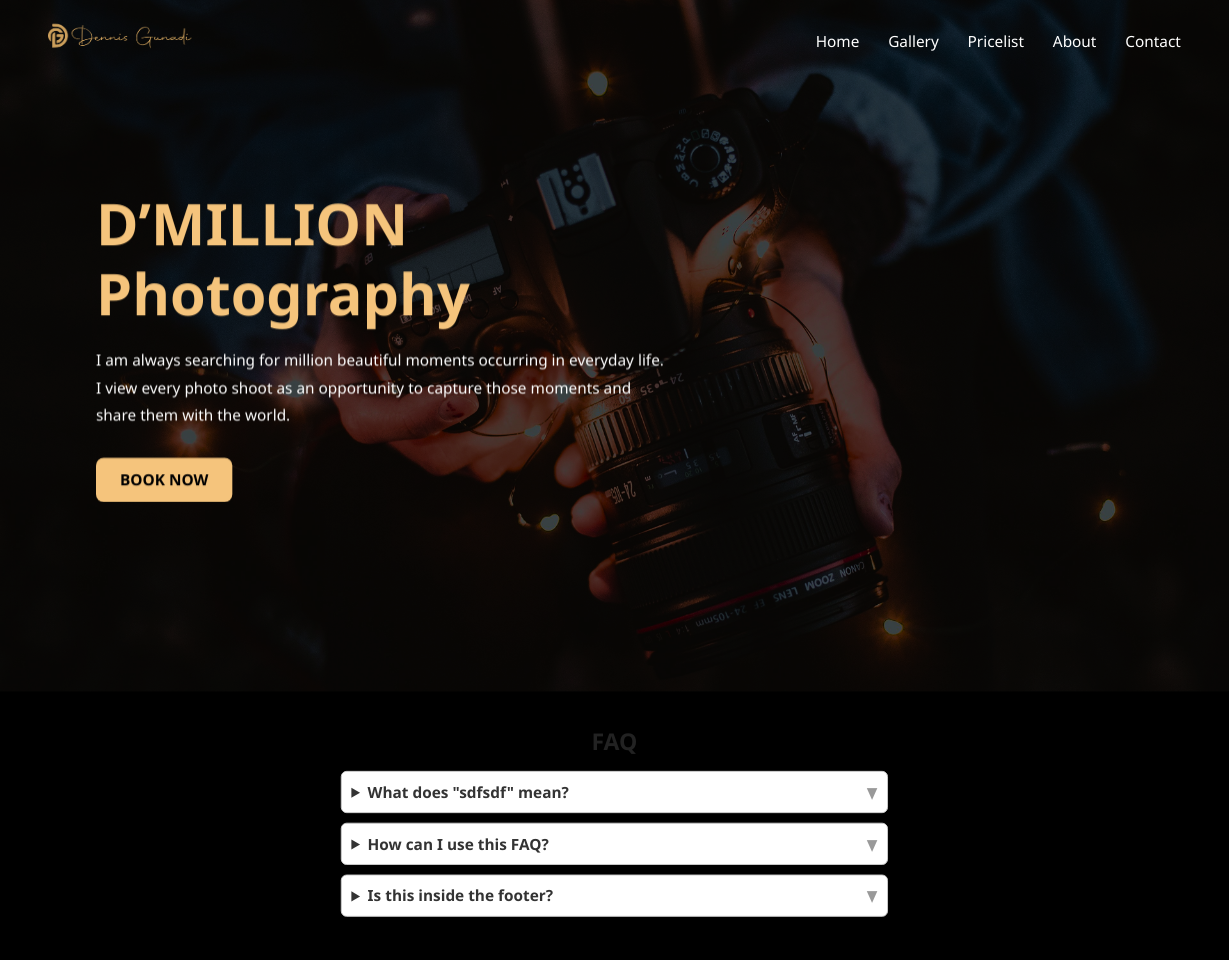
Repository: Diegoms0595/Diego-Final-project2
Page: index.html
The author's editor kept a copy of each file at every save. The page is drawn from the files as they stood at one save, then again after the next save.
The browser window is 1280 px wide. The pictures show the whole page, at 96% of full size.

Above is the page before, as saved 2025-06-03 16:06:55.

After the next save:
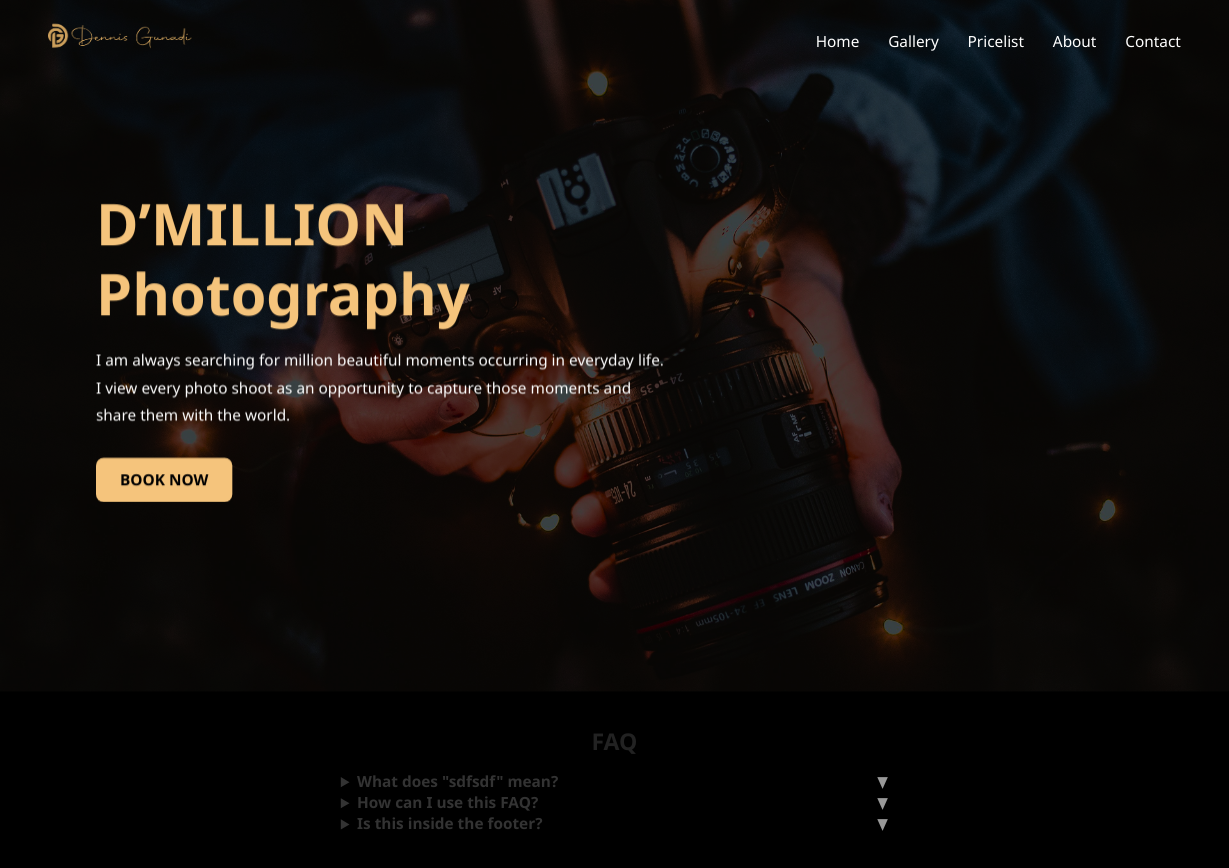
Saved 26 s later.
--- a/main.css
+++ b/main.css
@@ -187,13 +187,6 @@
   color: #222;
 }
 
-footer details {
-  margin-bottom: 10px;
-  padding: 10px;
-  background-color: #fff;
-  border-radius: 6px;
-  border: 1px solid #ccc;
-}
 
 footer summary {
   font-weight: bold;
